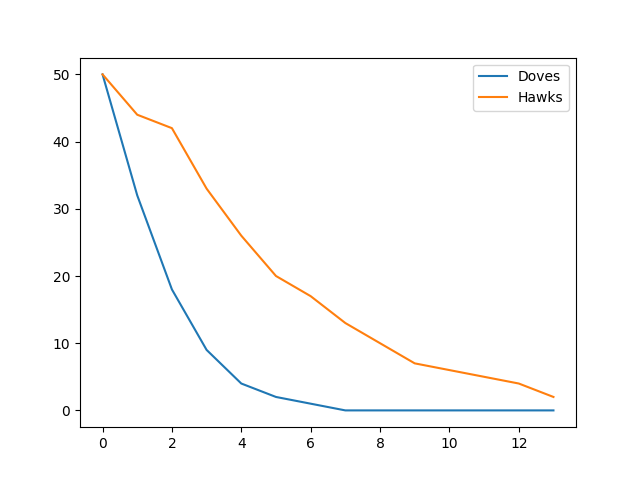
Repository: PatLaCisay/python-hawkdove-master
Script's output: python hawkdove.py
An editor plug-in stored every save of this project. The script's output is shown before and after the next save, followed by the edit.
Random numbers start from a fixed seed.

Above is the script's output before, as saved 2023-03-07 14:41:51.

After the next save:
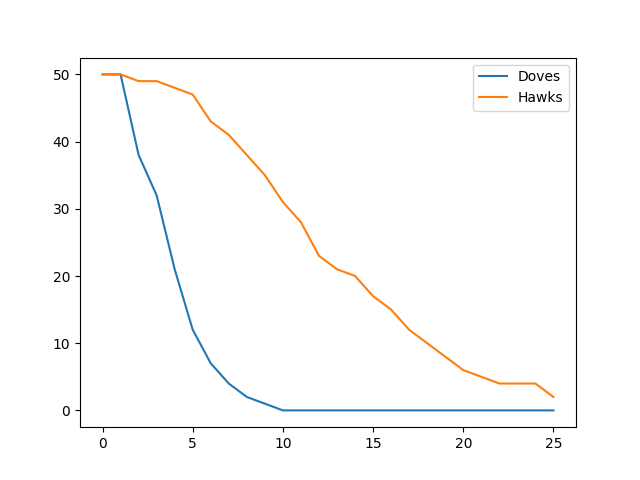
Saved 96 s later.
--- a/hawkdove.py
+++ b/hawkdove.py
@@ -14,7 +14,7 @@ MIN_FOOD_PER_ROUND = 40
 MAX_FOOD_PER_ROUND = 70
 
 ENERGY_REQUIRED_FOR_REPRODUCTION = 20
-ENERGY_LOSS_FROM_FIGHTING = 200
+ENERGY_LOSS_FROM_FIGHTING = 50
 ENERGY = 30
 
 ENERGY_REQUIRED_FOR_LIVING = 10
@@ -233,8 +233,11 @@ def breed(agent):
 
 			agent.energy /= 2
 
-			if agent.agent_type == TYPE_DOVE: baby_agent = getNewAgent(agent.agent_type, (agent.energy/2))
-			if (agent.agent_type == TYPE_HAWK): baby_agent = getNewAgent(agent.agent_type, (agent.energy/2))
+			if agent.agent_type == TYPE_DOVE:
+				baby_agent = getNewAgent(agent.agent_type, (agent.energy/2))
+
+			if (agent.agent_type == TYPE_HAWK):
+				baby_agent = getNewAgent(agent.agent_type, (agent.energy/2))
 
 """
 def count_breeds():
